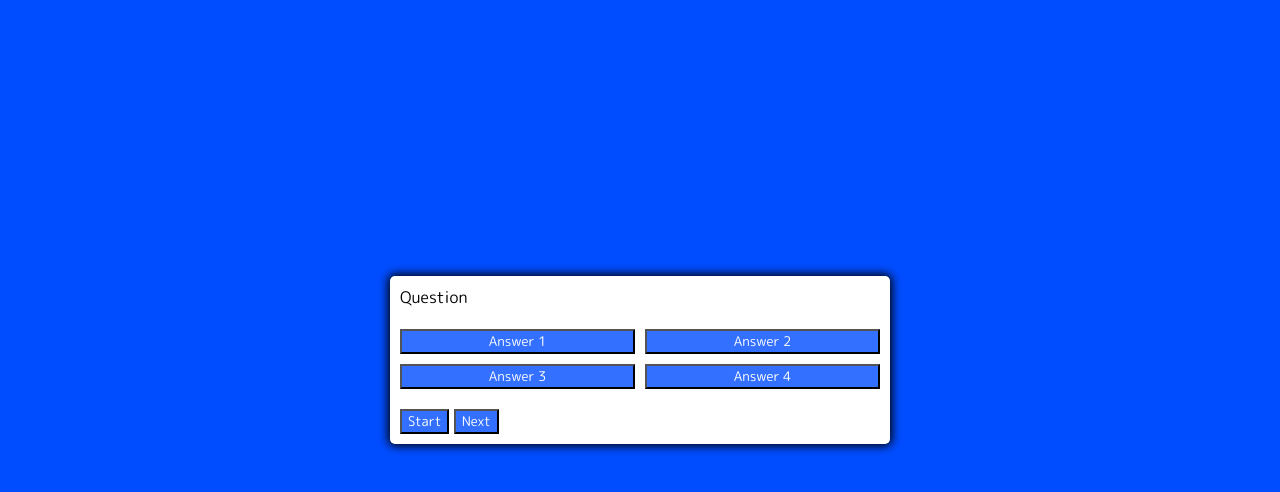
Repository: spidero7/Star-Wars_Quiz-Game
Page: index.html
The author's editor kept a copy of each file at every save. The page is drawn from the files as they stood at one save, then again after the next save.
The browser window is 1280 px wide. The pictures show the whole page.

Above is the page before, as saved 2021-08-29 08:04:15.

After the next save:
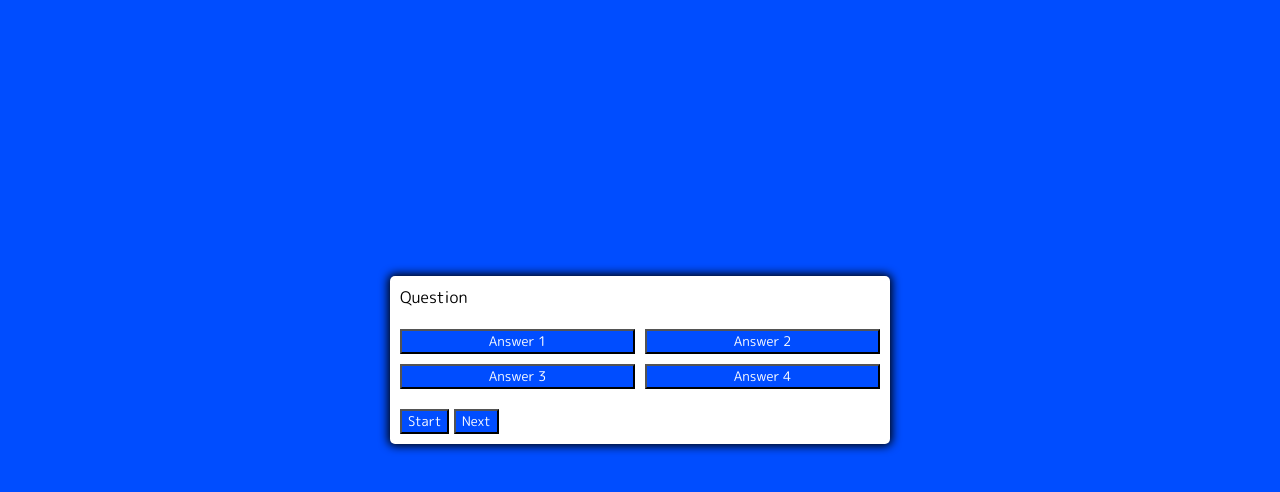
Saved 19 s later.
--- a/style.css
+++ b/style.css
@@ -47,6 +47,6 @@ body.wrong {
 
 .btn {
     --hue: var(--hue-normal);
-    background-color: hsl(var(--hue), 100%, 60%);
+    background-color: hsl(var(--hue), 100%, 50%);
     color: white;
 }
